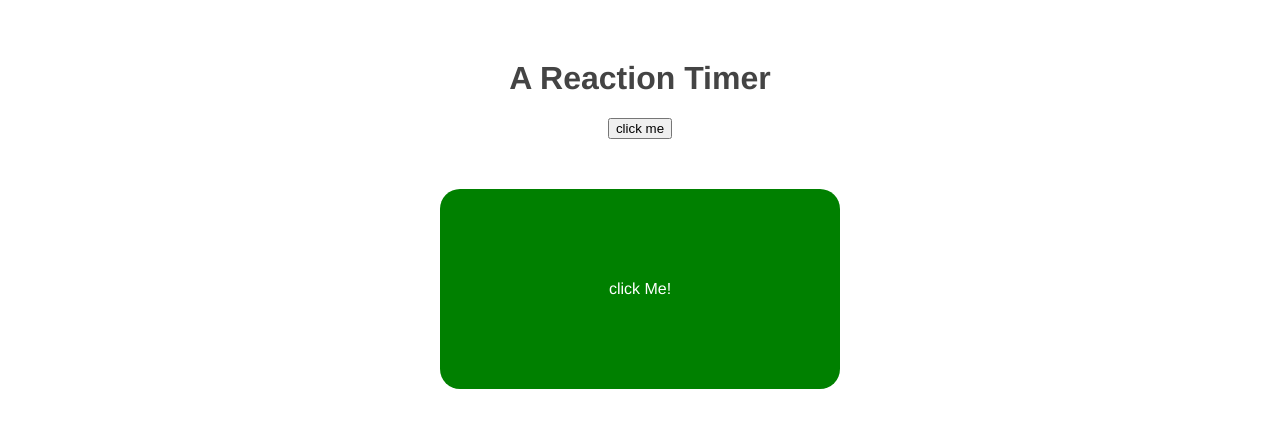
Repository: qudos4real/reaction-timer
Page: /
These files come from the project's save history. The page is drawn as it stood at one moment and after the next save; the edit follows.
The browser window is 1280 px wide. The pictures show the whole page.
The project was rebuilt for these pictures with package versions that can differ from the ones it lists, and the page was loaded fresh each time. Also part of the build but not shown: vue.config.js.

Above is the page before, as saved 2022-12-27 22:36:21.

### src/App.vue
<template>
 <h1>A Reaction Timer</h1>
 <button @click="start">click me</button>
 <Block />
</template>

<script>
import Block from './components/Block.vue';

export default {
  name: 'App',
  components: {
    Block
  },
  data() {
    return {
      isPlaying: false,
      delay: null,
    }
  },
  methods: {
    start() {
      this.isPlaying = true;
      this.delay = 2000 + Math.random() * 5000;
      console.log(this.delay);
    }
  }
}
</script>

<style>
#app {
  font-family: Avenir, Helvetica, Arial, sans-serif;
  -webkit-font-smoothing: antialiased;
  -moz-osx-font-smoothing: grayscale;
  text-align: center;
  color: #444;
  margin-top: 60px;
}
</style>

### src/components/Block.vue
<template>
    <div class="block">
        click Me!
        </div>
</template>

<script>
export default {

}
</script>

<style>
.block {
    width: 400px;
    border-radius: 20px;
    text-align: center;
    margin: 50px auto;
    line-height: 200px;
    background-color: green;
    color: white;
}
</style>

Loaded but not shown: public/index.html (common file); src/main.js (common file)

After the next save:
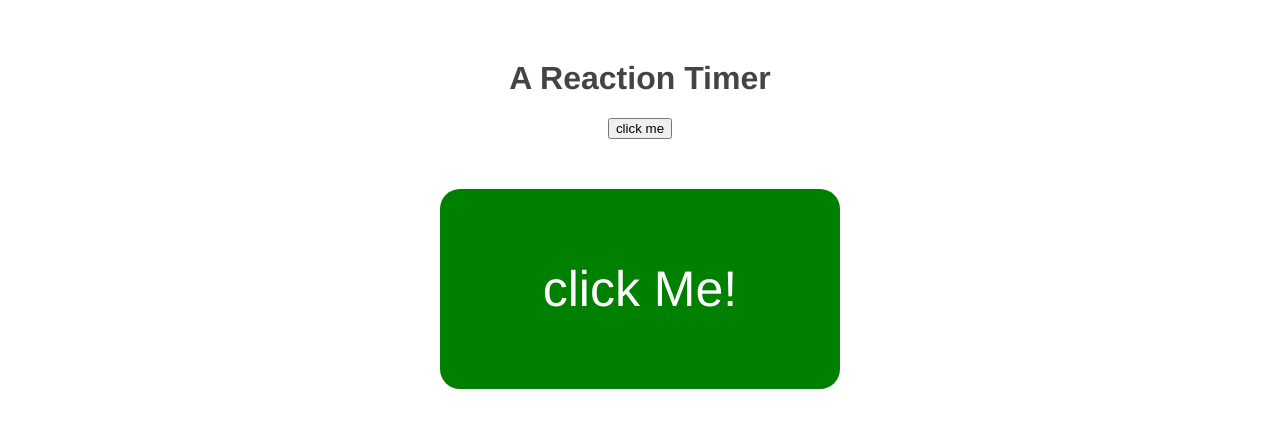
Saved 8 s later.
--- a/src/components/Block.vue
+++ b/src/components/Block.vue
@@ -19,5 +19,6 @@ export default {
     line-height: 200px;
     background-color: green;
     color: white;
+    font-size: 50px;
 }
 </style>
